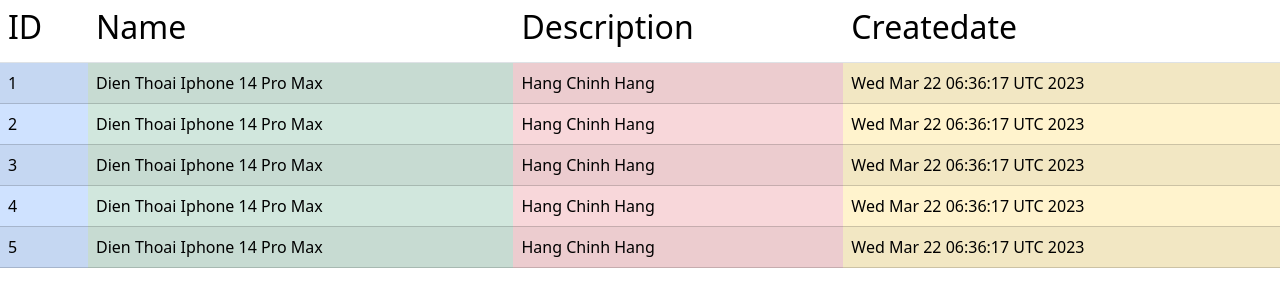
Repository: saiyagodvp/_java4
Page: http://localhost/slide4/product
The author's editor kept a copy of each file at every save. The page is drawn from the files as they stood at one save, then again after the next save.
The browser window is 1280 px wide. The pictures show the whole page.
The page is served by Tomcat 9. Other server files are loaded and not shown.

Above is the page before, as saved 2023-03-24 10:59:31.

### slide4/src/main/webapp/product/list.jsp
<%@page import="org.apache.jasper.tagplugins.jstl.core.ForEach"%>
<%@ page language="java" contentType="text/html; charset=UTF-8"
	pageEncoding="UTF-8"%>

<%@page import="java.util.List"%>
<%@page import="model.Product "%>
<%@taglib uri="http://java.sun.com/jsp/jstl/core" prefix="c"%>
<!DOCTYPE html>
<html>
<head>
<link
	href="https://cdn.jsdelivr.net/npm/bootstrap@5.3.0-alpha1/dist/css/bootstrap.min.css"
	rel="stylesheet">
<script
	src="https://cdn.jsdelivr.net/npm/bootstrap@5.3.0-alpha1/dist/js/bootstrap.bundle.min.js"></script>

<script
	src="https://cdnjs.cloudflare.com/ajax/libs/angular.js/1.8.3/angular.min.js"
	integrity="sha512-KZmyTq3PLx9EZl0RHShHQuXtrvdJ+m35tuOiwlcZfs/rE7NZv29ygNA8SFCkMXTnYZQK2OX0Gm2qKGfvWEtRXA=="
	crossorigin="anonymous" referrerpolicy="no-referrer">

</script>
<script
	src="https://cdnjs.cloudflare.com/ajax/libs/angular.js/1.8.3/angular.min.js"
	integrity="sha512-KZmyTq3PLx9EZl0RHShHQuXtrvdJ+m35tuOiwlcZfs/rE7NZv29ygNA8SFCkMXTnYZQK2OX0Gm2qKGfvWEtRXA=="
	crossorigin="anonymous" referrerpolicy="no-referrer">

</script>
<meta charset="UTF-8">
<title>Insert title here</title>
</head>
<body align="center">
	<%-- <%
		List<Product> products = (List<Product>) request.getAttribute("listproducts");
		for (Product p : products){
			response.getWriter().print(p.getName());
		}
	%> --%>

	<!-- &nbsp -->

	<table class="table table-hover  table-striped ">
		<thead>
			<td><h2>ID</h2></td>
			<td><h2>Name</h2></td>
			<td><h2>Description</h2></td>
			<td><h2>Createdate</h2></td>
		</thead>
		<tbody>
			<c:forEach items="${listProducts}" var="p">
				<tr>
					<td class="table-primary">${p.id}</td>
					<td class="table-success">${p.name}</td>
					<td class="table-danger">${p.description}</td>
					<td class="table-warning">${p.createdate}</td>
				</tr>
			</c:forEach>
		</tbody>
	</table>
</body>
</html>

### slide4/src/main/java/controller/ProductController.java
package controller;

import java.io.IOException;
import java.util.ArrayList;
import java.util.Date;
import java.util.List;
import model.Product;
import javax.servlet.ServletException;
import javax.servlet.annotation.WebServlet;
import javax.servlet.http.HttpServlet;
import javax.servlet.http.HttpServletRequest;
import javax.servlet.http.HttpServletResponse;


@WebServlet("/product")
public class ProductController extends HttpServlet {
	private static final long serialVersionUID = 1L;

	public ProductController() {
		super();
		// TODO Auto-generated constructor stub
	}

	protected void doGet(HttpServletRequest request, HttpServletResponse response)
			throws ServletException, IOException {
		List<Product> p = new ArrayList<>();
		p.add(new Product(1, "Dien Thoai Iphone 14 Pro Max", "Hang Chinh Hang", new Date()));
		p.add(new Product(2, "Dien Thoai Iphone 14 Pro Max", "Hang Chinh Hang", new Date()));
		p.add(new Product(3, "Dien Thoai Iphone 14 Pro Max", "Hang Chinh Hang", new Date()));
		p.add(new Product(4, "Dien Thoai Iphone 14 Pro Max", "Hang Chinh Hang", new Date()));
		p.add(new Product(5, "Dien Thoai Iphone 14 Pro Max", "Hang Chinh Hang", new Date()));
		request.setAttribute("listProducts", p);
		request.getRequestDispatcher("/product/list.jsp").forward(request, response);
	}

	protected void doPost(HttpServletRequest request, HttpServletResponse response)
			throws ServletException, IOException {

	}

}

### slide4/src/main/java/model/Product.java
package model;

import java.util.Date;

public class Product {
	private int id;
	private String name;
	private String description;
	private Date createdate;

	public Product() {
		super();
	}

	public Product(int id, String name, String description, Date createdate) {
		super();
		this.id = id;
		this.name = name;
		this.description = description;
		this.createdate = createdate;
	}

	public int getId() {
		return id;
	}

	public void setId(int id) {
		this.id = id;
	}

	public String getName() {
		return name;
	}

	public void setName(String name) {
		this.name = name;
	}

	public String getDescription() {
		return description;
	}

	public void setDescription(String description) {
		this.description = description;
	}

	public Date getCreatedate() {
		return createdate;
	}

	public void setCreatedate(Date createdate) {
		this.createdate = createdate;
	}

}

After the next save:
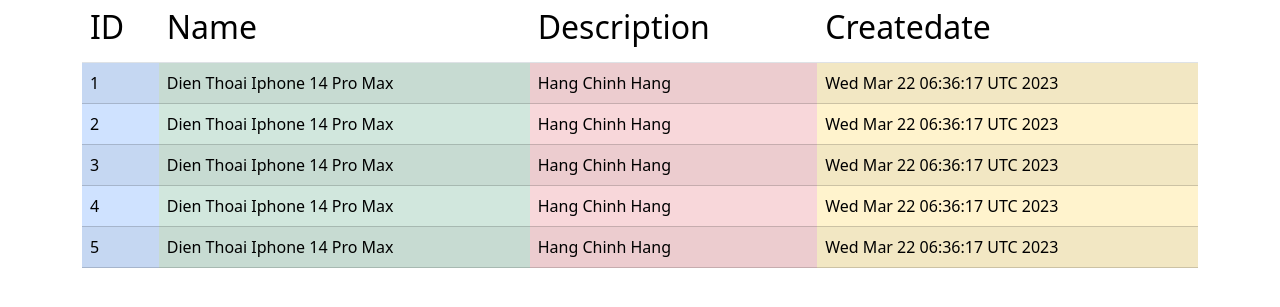
Saved 36 s later.
--- a/slide4/src/main/webapp/product/list.jsp
+++ b/slide4/src/main/webapp/product/list.jsp
@@ -39,23 +39,25 @@
 
 	<!-- &nbsp -->
 
-	<table class="table table-hover  table-striped ">
-		<thead>
-			<td><h2>ID</h2></td>
-			<td><h2>Name</h2></td>
-			<td><h2>Description</h2></td>
-			<td><h2>Createdate</h2></td>
-		</thead>
-		<tbody>
-			<c:forEach items="${listProducts}" var="p">
-				<tr>
-					<td class="table-primary">${p.id}</td>
-					<td class="table-success">${p.name}</td>
-					<td class="table-danger">${p.description}</td>
-					<td class="table-warning">${p.createdate}</td>
-				</tr>
-			</c:forEach>
-		</tbody>
-	</table>
+	<div class="container">
+		<table class="table table-hover  table-striped ">
+			<thead>
+				<td><h2>ID</h2></td>
+				<td><h2>Name</h2></td>
+				<td><h2>Description</h2></td>
+				<td><h2>Createdate</h2></td>
+			</thead>
+			<tbody>
+				<c:forEach items="${listProducts}" var="p">
+					<tr>
+						<td class="table-primary">${p.id}</td>
+						<td class="table-success">${p.name}</td>
+						<td class="table-danger">${p.description}</td>
+						<td class="table-warning">${p.createdate}</td>
+					</tr>
+				</c:forEach>
+			</tbody>
+		</table>
+	</div>
 </body>
 </html>
